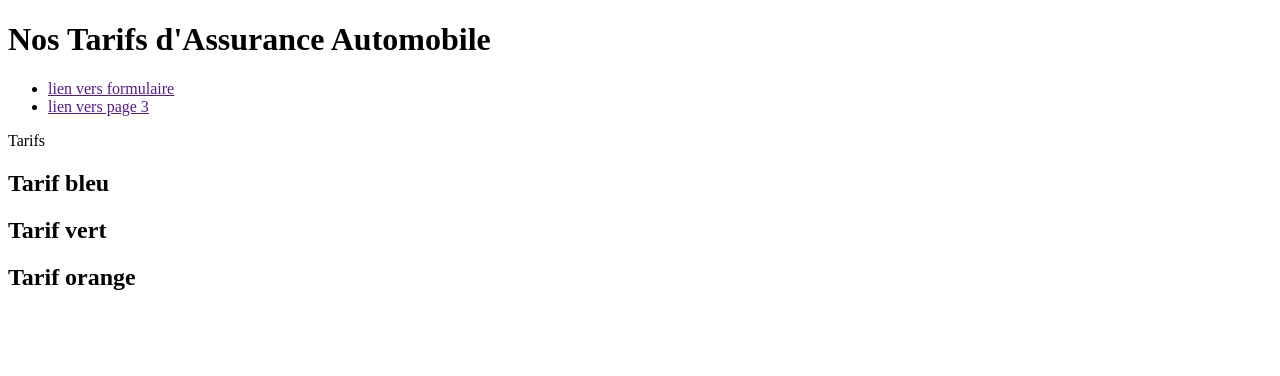
Repository: Coumba25040/coumbaProjet
Page: Site assurance/index.html
These files come from the project's save history. The page is drawn as it stood at one moment and after the next save; the edit follows.
The browser window is 1280 px wide. The pictures show the whole page.

Above is the page before, as saved 2024-10-15 09:59:43.

After the next save:
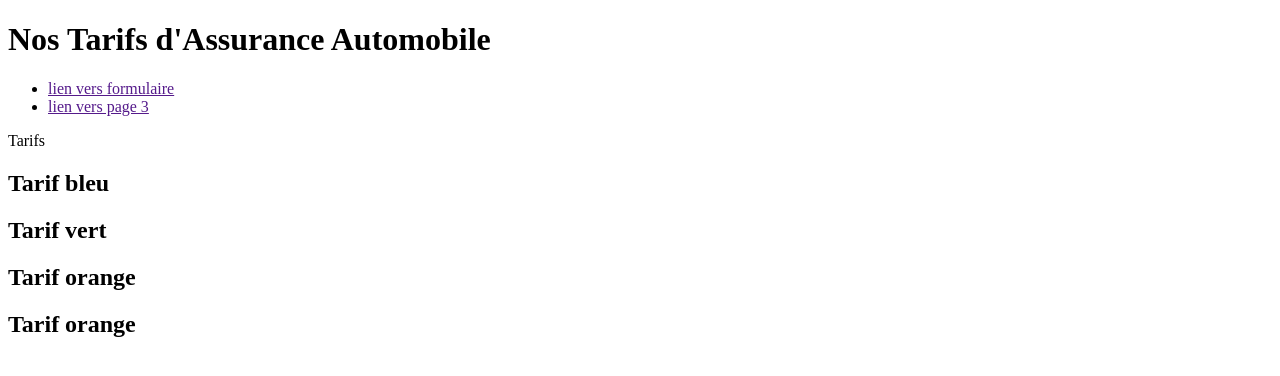
Saved 11 s later.
--- a/Site assurance/index.html
+++ b/Site assurance/index.html
@@ -38,7 +38,10 @@
             <!--  d'un contenu du théme mais il ce suffit a lui-même  -->
         </article>
 
-
+        <article>
+            <h2>Tarif orange</h2>
+            <!--  d'un contenu du théme mais il ce suffit a lui-même  -->
+        </article>
     </section>
 
     <footer>
